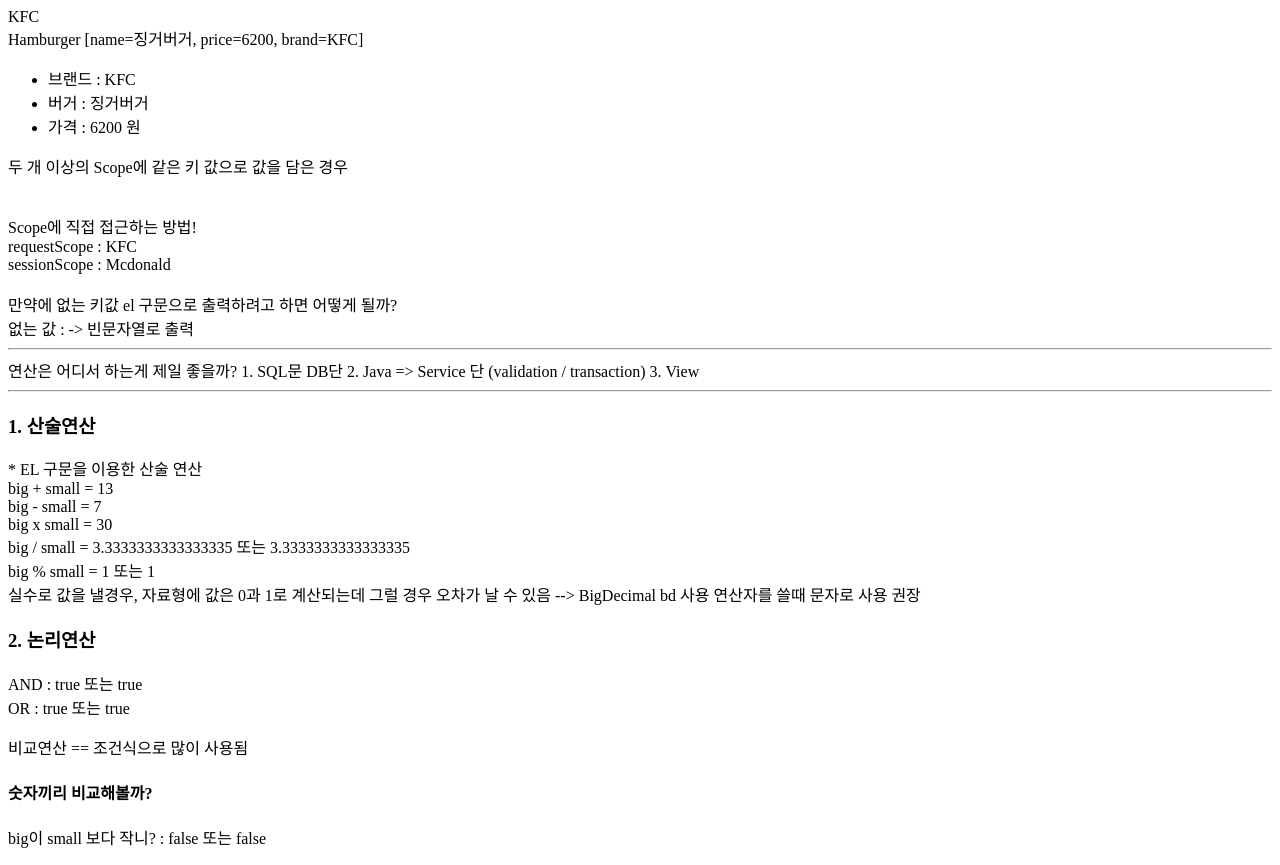
Repository: parkjin-sol/web-workplace
Page: http://localhost/McdonaldProject/sc
An editor plug-in stored every save of this project. The page is shown before and after the next save, followed by the edit.
The browser window is 1280 px wide. The pictures show the whole page.
The page is served by Tomcat 9.

Above is the page before, as saved 2025-03-11 02:08:30.

After the next save:
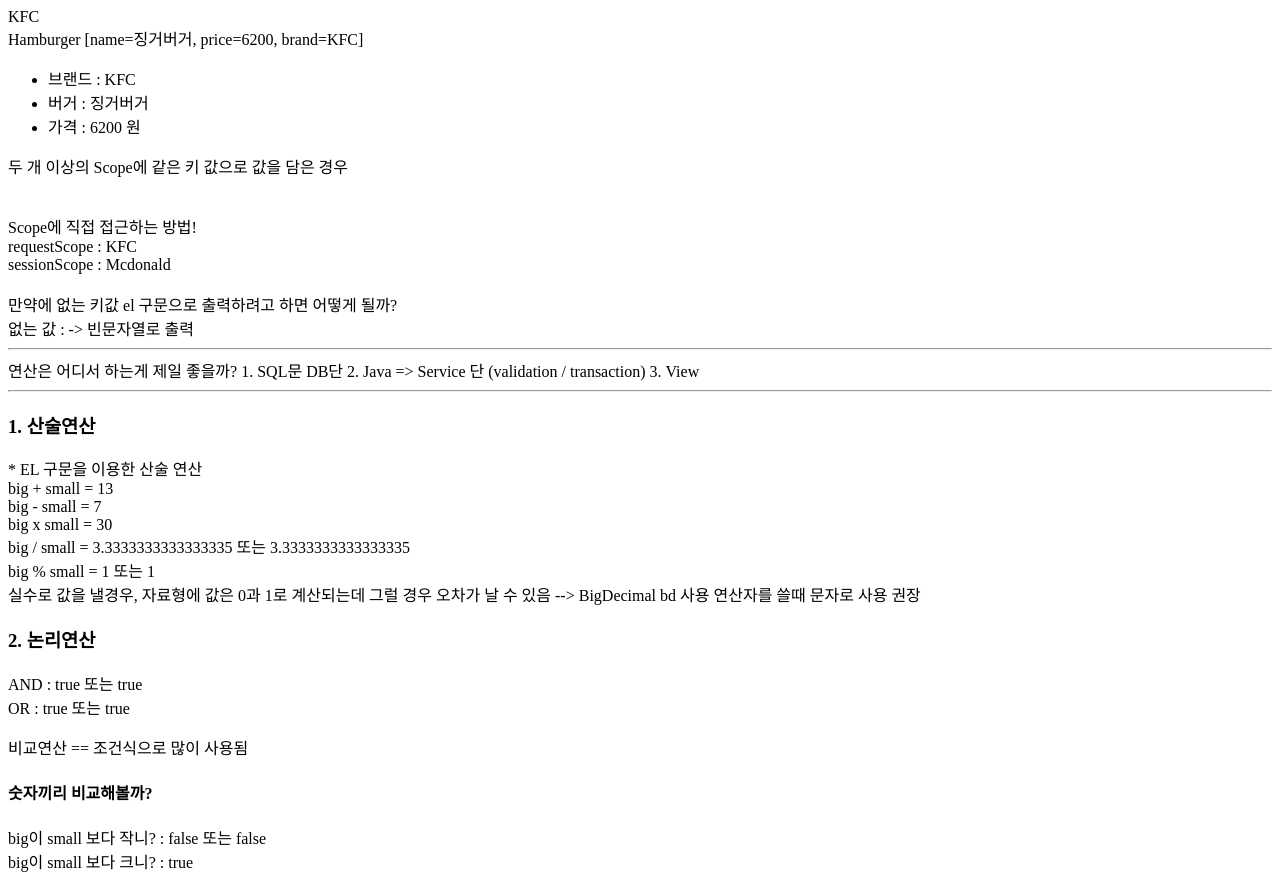
Saved 34 s later.
--- a/McdonaldProject/src/main/webapp/WEB-INF/views/print.jsp
+++ b/McdonaldProject/src/main/webapp/WEB-INF/views/print.jsp
@@ -73,7 +73,7 @@
 
 	 <p>
 	 	big이 small 보다 작니? : ${ big < small } 또는 ${ big lt small } <br>
-
+	 	big이 small 보다 크니? : ${ big gt small } <br>
 
 	 </p>
 
